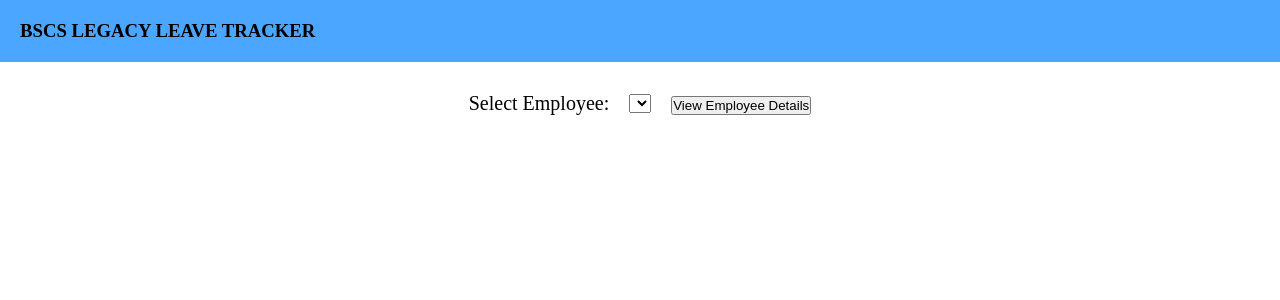
Repository: nani-samireddy/JSP-Leaves-App-with-mysql
Page: http://localhost/LeavesTracker/home
These files come from the project's save history. The page is drawn as it stood at one moment and after the next save; the edit follows.
The browser window is 1280 px wide. The pictures show the whole page.
Some web fonts or font styles are not loaded; a fallback is used. The page is served by Tomcat 10. Other server files are loaded and not shown. Queries for data that is not in the repository find no rows.

Above is the page before, as saved 2023-01-22 16:17:50.

### LeavesTracker/src/main/webapp/home.jsp
<%@ page language="java" contentType="text/html; charset=UTF-8"
    pageEncoding="UTF-8"%>
<%@taglib prefix="c" uri="http://java.sun.com/jsp/jstl/core"  %>

<!DOCTYPE html>
		<html>

		<head>
			<meta charset="UTF-8">
			<title>${title}</title>
			<link rel="preconnect" href="https://fonts.googleapis.com">
			<link rel="preconnect" href="https://fonts.gstatic.com" crossorigin>
			<link
				href="https://fonts.googleapis.com/css2?family=Unbounded:wght@200;300;400;500;600;700;800;900&display=swap"
				rel="stylesheet">
			<style>
				* {
					margin: 0;
					padding: 0;
				}
				body{

					font-family: 'Unbounded', cursive;
				}

				header {
					text-align: left;
					padding: 20px 20px;
					background-color: #4BA6FF;

				}

				.inputContainer {
					display: flex;
					flex-direction: row;
					gap: 20px;
					justify-content: center;
					align-items: center;
					margin-top:30px;
					font-size:20px;
				}
				.table-container{
					margin-top: 20px;
					display: flex;
					flex-direction: column;
					gap: 20px;
					justify-content: center;
					align-items: center;
				}

				table,td,th{
					border: 1px solid black;
				}

				td{
					padding: 20px;
					font-weight: 300;
				}

				input[type==submit]{
				padding: 5px 10px;
				}
			</style>
		</head>

		<body>
			<header>
				<h3>BSCS LEGACY LEAVE TRACKER</h3>
			</header>

				<form method="post" action="home">
				<div class="inputContainer">
					Select Employee: <select name="selectEmp" id="selectEmp">
						<c:forEach items="${empsDetails}" var="emp">

							<option  value="${emp.name}">"${emp.signum}"</option>
						</c:forEach>
					</select>
					<div class="buttonsContainer">
						<input type="submit" name="selectEmp" value="View Employee Details" />
					</div>
			</div>
				</form>

				<c:if test="${empLeaves !=null}">
				<div class="table-container">
				<h4>Employee Leaves </h4>
				<h3>${empLeaves[0].signum}(${empLeaves[0].name })</h3>
				<table>

				<tr>
					<th>Date</th>
					<th>Type</th>
				</tr>
				<c:forEach items="${empLeaves}" var="leave">
					<tr>
						<td>${leave.date}</td>
						<td>${leave.type}</td>
					</tr>
				</c:forEach>

				</table>

				<form>

					Leave Date: <input type="date" name="date" id="date" /> <br>
					Leave Type: <select name="type" id="leaveType">
						<option value="FULL">FULL</option>
						<option value="HALF">HALF</option>
					</select><br>
					<input type="submit" value="Add Leave"/>
				</form>
				</div>



				</c:if>
		</body>

		</html>

### LeavesTracker/src/main/java/com/nani/Home.java
package com.nani;

import java.io.IOException;
import java.sql.SQLException;

import jakarta.servlet.RequestDispatcher;
import jakarta.servlet.ServletException;
import jakarta.servlet.annotation.WebServlet;
import jakarta.servlet.http.HttpServlet;
import jakarta.servlet.http.HttpServletRequest;
import jakarta.servlet.http.HttpServletResponse;

@WebServlet("/home")
public class Home extends HttpServlet{
	public void service(HttpServletRequest req, HttpServletResponse res) throws ServletException, IOException {

		String title = "Home";
		req.setAttribute("title", title );
		DatabaseService db = new DatabaseService();

		try {

			//getting all Emp details
			req.setAttribute("empsDetails", db.getEmployeNames() );

			//check if requesting for specific emp details
			if(req.getParameter("selectEmp")!=null)
			{
				String signum = req.getParameter("selectEmp");
				req.setAttribute("empLeaves", db.getEmployeeLeaves(signum));

			}



		} catch (ClassNotFoundException e) {
			// TODO Auto-generated catch block
			e.printStackTrace();
		} catch (SQLException e) {
			// TODO Auto-generated catch block
			e.printStackTrace();
		}
		RequestDispatcher rd = req.getRequestDispatcher("home.jsp");
		rd.forward(req, res);
	}

}

### LeavesTracker/src/main/java/com/nani/DatabaseService.java
package com.nani;

import java.sql.*;

public class DatabaseService {


	String url = "jdbc:mysql://localhost:3306/leaves";
	String user = "root";
	String pass = "Root@123";


	public void load() throws ClassNotFoundException, SQLException {
		String driver = "com.mysql.jdbc.Driver";
		Class.forName(driver);
	}

	public Employee[] getEmployeNames() throws SQLException, ClassNotFoundException {
		//Connection to Db
		load();
		Connection con = DriverManager.getConnection(url, user, pass);

		//Creating statement
		Statement stmt = con.createStatement();

		//getting the number of Rows
	    String query = "select count(*) from employee";
		ResultSet rs = stmt.executeQuery(query);
		rs.next();
		int numberOfRows = rs.getInt(1);


		Employee[] employees = new Employee[numberOfRows];

		//getting full employees details
		query = "select * from employee";
		rs = stmt.executeQuery(query);

		//mapping employee table to employee class
		int index = 0;
		while(rs.next()) {

			String name = rs.getString(1);
			String signum = rs.getString(2);
			Employee e = new Employee(name,signum);
			employees[index] = e;
			index++;
		}

		con.close();
		return employees;

	}


	public Leave[] getEmployeeLeaves(String signum) throws ClassNotFoundException, SQLException {
		//Connection to Db
		load();
		Connection con = DriverManager.getConnection(url, user, pass);

		//Creating statement
		Statement stmt = con.createStatement();

		//getting the number of Rows
	    String query = "select count(*) from emp_leaves where signum="+signum;
		ResultSet rs = stmt.executeQuery(query);
		rs.next();
		int numberOfRows = rs.getInt(1);

		//getting the empName
		query = "select name from employee where signum="+signum;
		 rs = stmt.executeQuery(query);
		 rs.next();
		 String name = rs.getString(1);

		//getting the emp leaves list
		 query = "select * from emp_leaves where signum="+signum;
		 rs = stmt.executeQuery(query);

		 //creating the leaveslist
		 Leave[] empLeaves = new Leave[numberOfRows];
		 int index = 0;
		 while(rs.next()) {
			  empLeaves[index] = new Leave(rs.getString(1),rs.getDate(2).toString(),rs.getString(3),name);
			  index++;
		 }
		return empLeaves;

	}



}

### LeavesTracker/src/main/java/com/nani/Employee.java
package com.nani;

public class Employee {
	String name;
	String signum;
	public Employee(String name, String signum) {
		this.name = name;
		this.signum = signum;
	}
	public String getName() {
		return name;
	}
	public void setName(String name) {
		this.name = name;
	}
	public String getSignum() {
		return signum;
	}
	public void setSignum(String signum) {
		this.signum = signum;
	}

}

After the next save:
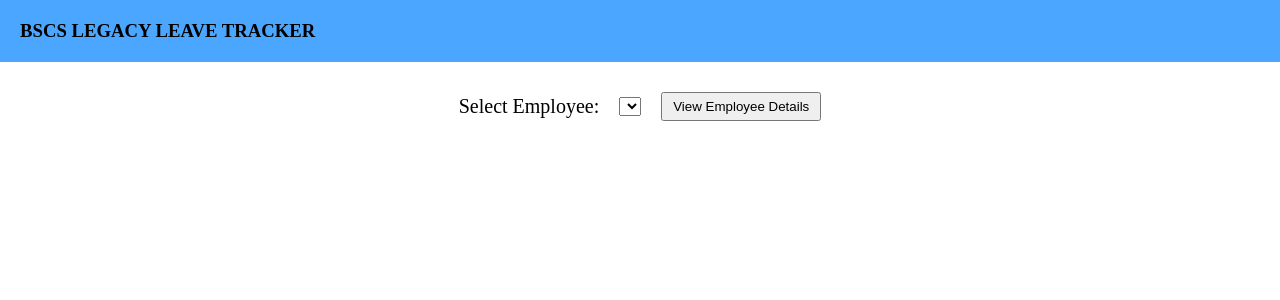
Saved 13 s later.
--- a/LeavesTracker/src/main/webapp/home.jsp
+++ b/LeavesTracker/src/main/webapp/home.jsp
@@ -57,7 +57,7 @@
 					font-weight: 300;
 				}
 
-				input[type==submit]{
+				input[type=submit]{
 				padding: 5px 10px;
 				}
 			</style>
